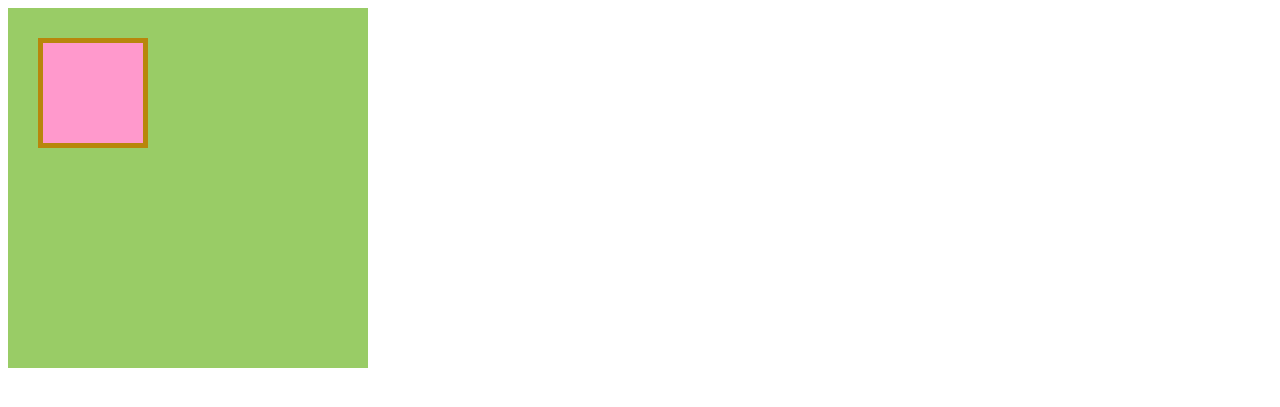
Repository: Kaori199701/-1
Page: box/box.html
The author's editor kept a record of every edit. The page is drawn from the files as they stood at one moment, then again after the next edit.
The browser window is 1280 px wide. The pictures show the whole page.

Above is the page before.

### box/box.css
.box1 {
  width: 300px;
  height: 300px;
  background-color: #99CC66;
  padding: 30px;
}

.box2 {
  width: 100px;
  height: 100px;
  background-color: #FF99CC;
    /* 指定方法（box2の周囲すべてに枠線を設定する場合） */
  border: 5px solid #B8860B;
}

Loaded but not shown: box/box.html (common file)

After the next edit:
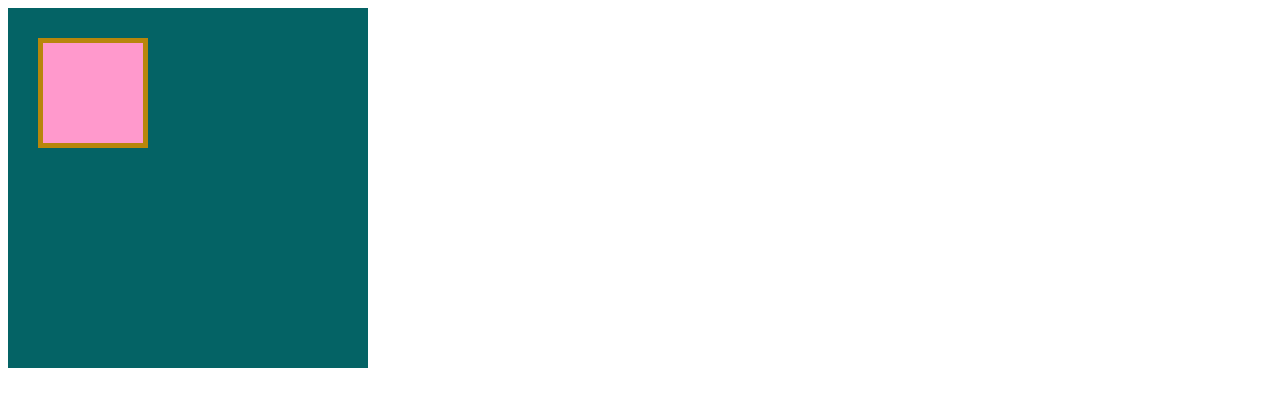
The edit:
--- a/box/box.css
+++ b/box/box.css
@@ -1,7 +1,7 @@
 .box1 {
   width: 300px;
   height: 300px;
-  background-color: #99CC66;
+  background-color: #046365;
   padding: 30px;
 }
 
